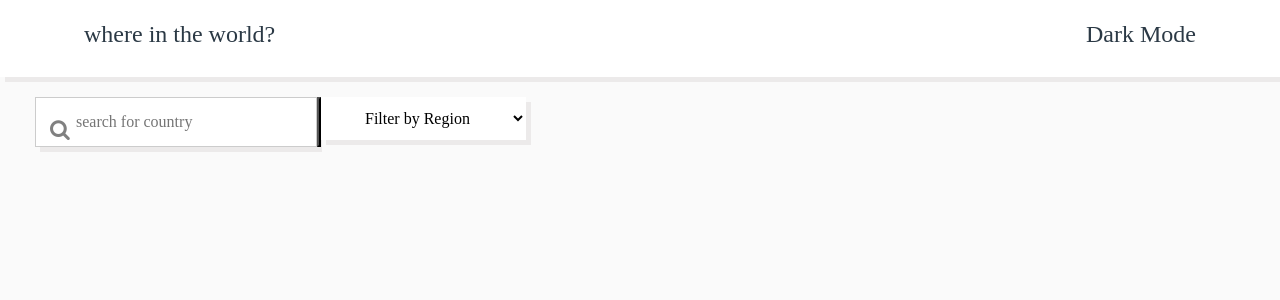
Repository: lamilekan263/countries
Page: /
An editor plug-in stored every save of this project. The page is shown before and after the next save, followed by the edit.
The browser window is 1280 px wide. The pictures show the whole page.
The page's requests for data from a server got no answer. The project was rebuilt for these pictures with package versions that can differ from the ones it lists, and the page was loaded fresh each time. No one was signed in, and anything a server would have sent is missing. Also part of the build but not shown: src/components/country/country.css, src/components/country/country.jsx.

Above is the page before, as saved 2020-07-30 16:29:56.

After the next save:
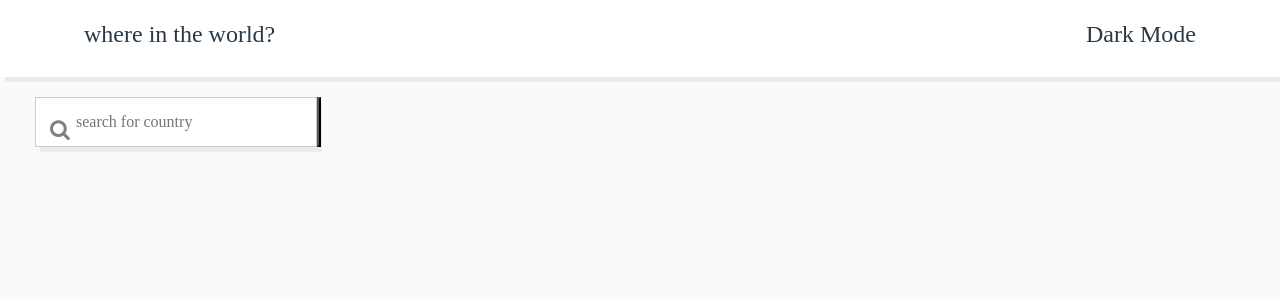
Saved 38 s later.
--- a/src/components/selectCountryRegion/selectCountryRegion.component.jsx
+++ b/src/components/selectCountryRegion/selectCountryRegion.component.jsx
@@ -4,14 +4,7 @@ import './selectCountryRegion.styles.css'
 
 const SelectDropDownByRegion = () =>(
     <div>
-        <select name="Filter by Region">
-            <option value="">Filter by Region</option>
-            <option value="Africa">Africa</option>
-            <option value="Americas">Americas</option>
-            <option value="Asia">Asia</option>
-            <option value="Europe">Europe</option>
-            <option value="Oceania">Oceania</option>
-        </select>
+
      </div>
 )
 
